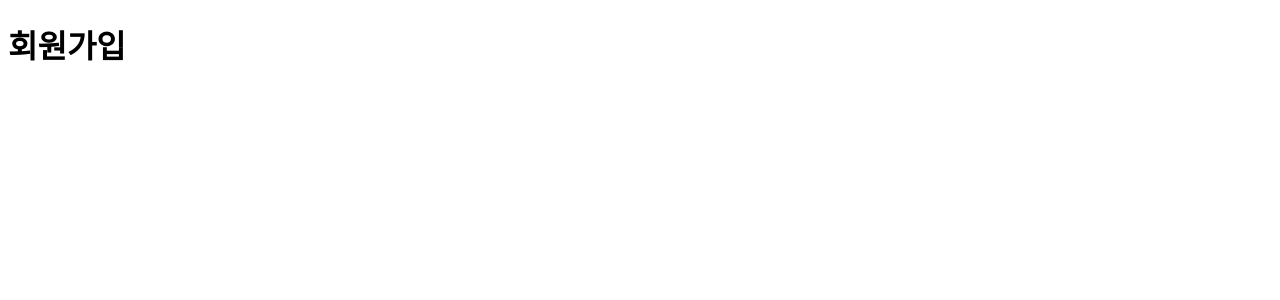
Repository: saahhh/Servlet-JSP-Workspace
Page: http://localhost/join/register.jsp
An editor plug-in stored every save of this project. The page is shown before and after the next save, followed by the edit.
The browser window is 1280 px wide. The pictures show the whole page.
The page is served by Tomcat 9. Other server files are loaded and not shown.

Above is the page before, as saved 2023-11-07 01:36:22.

### join/src/main/webapp/register.jsp
<%@ page language="java" contentType="text/html; charset=EUC-KR"
    pageEncoding="EUC-KR"%>
<!DOCTYPE html>
<html>
<head>
<meta charset="EUC-KR">
<title>Insert title here</title>
<link rel="stylesheet" type="text/css" href="styles.css"></link>
</head>
<body>
<h1>회원가입</h1>
<form action="RegisterServlet" method="post">


</form>

</body>
</html>

### join/src/main/webapp/styles.css
styles.css
h1{
	background-color: #333;
	color: #fff;
	padding: 10px;
	text-align: center;
}

After the next save:
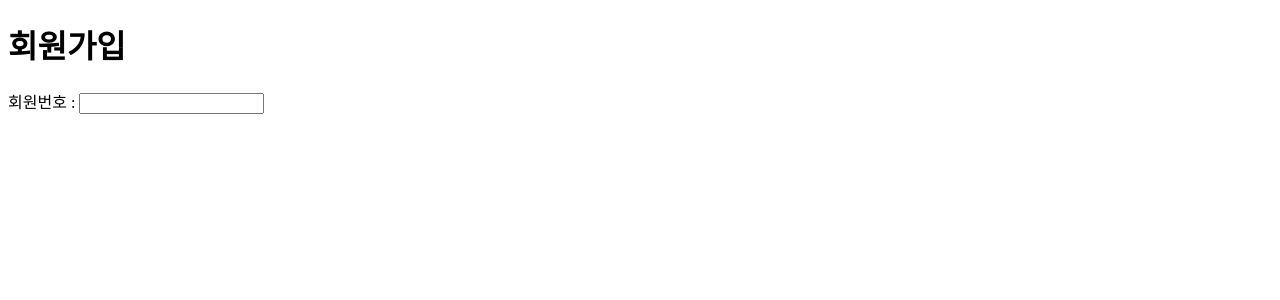
Saved 64 s later.
--- a/join/src/main/webapp/register.jsp
+++ b/join/src/main/webapp/register.jsp
@@ -10,7 +10,8 @@
 <body>
 <h1>회원가입</h1>
 <form action="RegisterServlet" method="post">
-
+	<label for="mno">회원번호 : </label>
+	<input type="text" id="mno" name="mno" required><br>
 
 </form>
 
